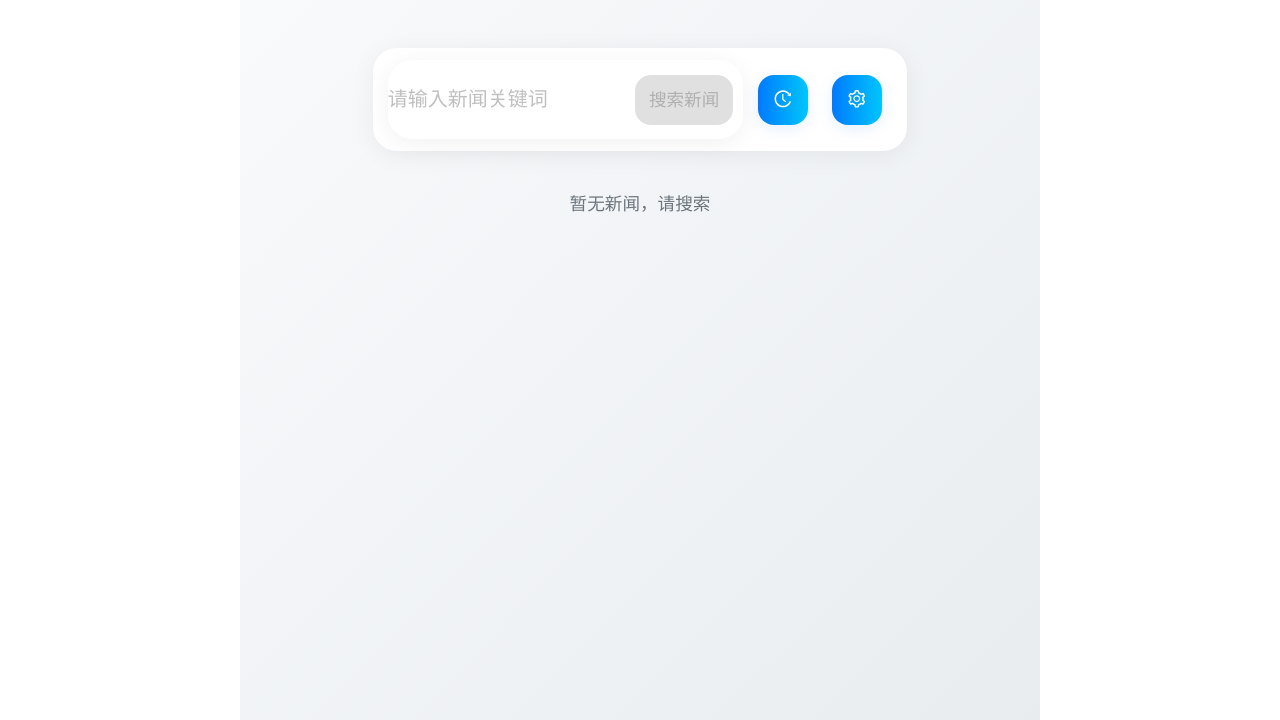
Repository: XJN7197/NewsAssistantBaseMCP
Page: / (app in frontend/)
An editor plug-in stored every save of this project. The page is shown before and after the next save, followed by the edit.
The browser window is 1280 px wide. The pictures show the whole page.
The project was rebuilt for these pictures with package versions that can differ from the ones it lists, and the page was loaded fresh each time. Also part of the build but not shown: frontend/vite.config.ts, frontend/src/components/NewsCard.tsx.

Above is the page before, as saved 2025-05-25 19:57:32.

### frontend/src/App.tsx
import { useState } from 'react'
import Home from './pages/Home'
import './App.css'

function App() {

  return (
    <>
      <Home/>
    </>
  )
}

export default App

### frontend/src/pages/Home.module.css
.home-container {
  height: 100vh;
  width: 800px;
  background: linear-gradient(135deg, #f8fafc 0%, #e9ecef 100%);
  display: flex;
  flex-direction: column;
  align-items: center;
  padding: 48px 0 48px 0; /* 调整了上下padding，左右padding设为0，因为内容区会通过max-width控制 */
  font-family: -apple-system, BlinkMacSystemFont, "Segoe UI", Roboto, "Helvetica Neue", Arial, "PingFang SC", "Hiragino Sans GB", "Microsoft YaHei", sans-serif;
}

.search-bar {
  display: flex;
  justify-content: space-evenly;
  align-items: center;
  position: sticky;
  top: 0;
  z-index: 1;
  background: #fff;
  border-radius: 24px;
  box-shadow: 0 4px 24px 0 rgba(0,0,0,0.06);
  padding: 12px 0; /* 减小整体内边距 */
  width: 66.66%;
  max-width: none;
}

.search-bar input[type="text"] {
  flex: 1;
  border: none;
  outline: none;
  font-size: 1.25rem;
  background: transparent;
  color: #222;
  padding: 8px 12px; /* 调整输入框内边距 */
  margin: 0;
  box-sizing: border-box;
  border-radius: 8px; /* 添加圆角 */
  transition: background 0.2s;
}

/* 添加输入框悬停效果 */
.search-bar input[type="text"]:hover,
.search-bar input[type="text"]:focus {
  background: rgba(0, 0, 0, 0.02);
}
.search-bar button {
  height: 50px;
  background: linear-gradient(90deg, #007aff 0%, #00c6fb 100%);
  color: #fff;
  border: none;
  border-radius: 16px; /* 更大的圆角 */
  padding: 14px 36px; /* 增加了按钮padding */
  font-size: 1.1rem; /* 稍大字体 */
  font-weight: 500;
  cursor: pointer;
  transition: background 0.2s, box-shadow 0.2s;
  box-shadow: 0 4px 16px 0 rgba(0,122,255,0.10); /* 按钮阴影 */
  margin-right: 10px;
}

.search-bar button:disabled {
  background: #e0e0e0;
  color: #b0b0b0;
  cursor: not-allowed;
  box-shadow: none;
}

.news-list-container { /* Renamed from .news-list */
  width: 66.66%; /* 宽度固定为视口宽度的2/3 */
  /* height: 1500px; 高度固定为1500px */
  max-width: none; /* 移除最大宽度限制 */
  margin-bottom: 40px;
  min-height: 180px; /* 最小高度，避免内容过少时塌陷 */
  display: flex;
  flex-direction: column;
  gap: 24px; /* 新闻卡片之间的间距 */
  overflow-y: auto; /* 添加垂直滚动 */
  /* 可以在这里添加新闻卡片的样式，或者为新闻卡片组件单独创建样式文件 */
}

/* 针对 news-list 中暂无新闻的提示文本样式 */
.news-list > div {
  color: #6c757d; /* 柔和的提示文字颜色 */
  font-size: 1.1rem;
  text-align: center;
  padding: 40px 0;
}

/* Styles for .news-card, .checkbox-container, .news-content, .news-title, .news-desc, .news-link are removed as Ant Design components handle them */

/* 错误消息样式 */
.error-message {
  color: #dc3545; /* 红色错误提示 */
  font-size: 1.1rem;
  text-align: center;
  padding: 40px 0;
}


.analyze-btn {
  margin-bottom: 32px;
}

.analyze-btn button {
  background: linear-gradient(90deg, #34e89e 0%, #0f3443 100%); /* 保持了之前的渐变色 */
  color: #fff;
  border: none;
  border-radius: 16px; /* 更大的圆角 */
  padding: 16px 48px; /* 增加了按钮padding */
  font-size: 1.2rem; /* 稍大字体 */
  font-weight: 600;
  cursor: pointer;
  transition: background 0.2s, box-shadow 0.2s;
  box-shadow: 0 4px 16px 0 rgba(52,232,158,0.10); /* 按钮阴影 */
}

.analyze-btn button:disabled {
  background: #e0e0e0;
  color: #b0b0b0;
  cursor: not-allowed;
  box-shadow: none;
}

/* Styles for .report-modal and its children are removed as Ant Design Modal component handles them */

### frontend/src/mock/newsData.ts
export const mockNewsData = {
    news_list: [
      {
        title: "Qwen引领AI前端技术革新：深度解析一句话开发网页的突破_模型_行业_创新",
        desc: "在人工智能快速发展的2025年，来自量子位的最新报道显示，AI技术正迎来前所未有的革新，尤其是在前端开发领域。由Qwen推出的“AI前端工程师”WebDev工具，以...",
        url: "https://news.sohu.com/a/893821748_121924584"
      },
      {
        title: "谷歌推Gemini2.5Pro模型，AI 助力前端开发与复杂编程",
        desc: "谷歌推Gemini2.5Pro模型#，AI 助力前端开发与复杂编程】5 月7 日消息，科技媒体The Decoder 昨日（5 月6 日）发布博文，报道称谷歌为预热今年的I/O...",
        url: "https://news.sina.com.cn/external/car/2025-05-07/doc-inevtine1324735.shtml"
      },
      {
        title: "前端程序员请注意！首个截图就能生成现代前端代码的AI来了 | 已开源",
        desc: "现在截图生成代码，已经来到了一个新高度——. ⾸个⾯向现代前端代码⽣成的多模态⼤模型解决⽅案，来了！ 而且是开源的那种。 前端程序员请注意！首个截图就能...",
        url: "https://www.qbitai.com/2025/02/258521.html"
      },
      {
        title: "AI包办79%代码，程序员饭碗不保，前端开发要凉，人类只配改Bug？",
        desc: "编码助手更偏向自动化。有79%的Claude Code对话可以被归为「自动化」，即AI直接完成任务，而不是与人类协作「增强」。相比之下，Claude.ai的对话中只有49%是...",
        url: "https://m.36kr.com/p/3271134281245063"
      },
      {
        title: "武汉烽火申请前后端协同开发方法专利，大大降低前后端耦合度",
        desc: "本文源自:金融界. 金融界2025年5月15日消息，国家知识产权局信息显示，武汉烽火信息集成技术有限公司申请一项名为“前后端协同开发方法、装置、设备及可...",
        url: "https://cj.sina.cn/articles/view/1704103183/65928d0f02007wlqg?froms=ggmp"
      }
    ]
  };

### frontend/src/mock/reportData.ts
// 模拟舆情分析报告数据
export const mockReportData = {
  report: `
  **分析时间：** 2025-05-22 20:48:32

  ---

  ## 📥 原始新闻内容

  ### 新闻1
  - **标题**: Qwen引领AI前端技术革新：深度解析一句话开发网页的突破_模型_行业_创新
  - **描述**: 在人工智能快速发展的2025年，来自量子位的最新报道显示，AI技术正迎来前所未有的革新，尤其是在前端开发领域。由Qwen推出的“AI前端工程师”WebDev工具，以...
  - **链接**: https://news.sohu.com/a/893821748_121924584

  ### 新闻2
  - **标题**: 谷歌推Gemini2.5Pro模型，AI 助力前端开发与复杂编程
  - **描述**: 谷歌推Gemini2.5Pro模型#，AI 助力前端开发与复杂编程】5 月7 日消息，科技媒体The Decoder 昨日（5 月6 日）发布博文，报道称谷歌为预热今年的I/O...
  - **链接**: https://news.sina.com.cn/external/car/2025-05-07/doc-inevtine1324735.shtml

  ### 新闻3
  - **标题**: 前端程序员请注意！首个截图就能生成现代前端代码的AI来了 | 已开源
  - **描述**: 现在截图生成代码，已经来到了一个新高度——. ⾸个⾯向现代前端代码⽣成的多模态⼤模型解决⽅案，来了！ 而且是开源的那种。 前端程序员请注意！首个截图就能...
  - **链接**: https://www.qbitai.com/2025/02/258521.html

  ### 新闻4
  - **标题**: AI包办79%代码，程序员饭碗不保，前端开发要凉，人类只配改Bug？
  - **描述**: 编码助手更偏向自动化。有79%的Claude Code对话可以被归为「自动化」，即AI直接完成任务，而不是与人类协作「增强」。相比之下，Claude.ai的对话中只有49%是...
  - **链接**: https://m.36kr.com/p/3271134281245063

  ### 新闻5
  - **标题**: 武汉烽火申请前后端协同开发方法专利，大大降低前后端耦合度
  - **描述**: 本文源自:金融界. 金融界2025年5月15日消息，国家知识产权局信息显示，武汉烽火信息集成技术有限公司申请一项名为“前后端协同开发方法、装置、设备及可...
  - **链接**: https://cj.sina.cn/articles/view/1704103183/65928d0f02007wlqg?froms=ggmp

  ---

  ## 📊 分析结果

  ### 舆情分析报告
  **日期**：2025年5月
  **分析范围**：五篇关于AI与前端开发的新闻

  ---

  #### **一、情绪倾向分析**
  | 新闻编号 | 情绪倾向 | 原因说明 |
  |----------|----------|----------|
  | **新闻1** | **正面** | 强调Qwen的“革新”“突破”等词汇，突出AI技术对前端开发的赋能，传递积极创新信号。 |
  | **新闻2** | **正面** | 谷歌推出新模型推动“AI助力前端开发”，体现技术迭代的行业趋势，语气温和但积极。 |
  | **新闻3** | **正面** | 聚焦“首个截图生成代码”“开源”等关键词，展示AI工具的实用性和开放性，引发开发者关注。 |
  | **新闻4** | **负面** | 标题直接使用“饭碗不保”“要凉”等强烈词汇，讨论AI对程序员职业的冲击，情绪偏担忧。 |
  | **新闻5** | **正面** | 武汉烽火的专利申请聚焦“降低耦合度”技术优化，体现行业对效率提升的关注，属中性积极技术报道。 |

  ---

  #### **二、舆情总结**
  1. **技术革新主导正面情绪**
     - 多篇新闻聚焦AI在前端开发中的创新应用（如Qwen、Gemini2.5Pro、开源工具），强调效率提升、自动化开发等优势，反映行业对AI技术的期待与认可。
     - 专利申请（新闻5）进一步表明企业对技术优化的重视，传递积极发展趋势。

  2. **负面情绪集中于就业风险**
     - 新闻4通过“79%代码由AI包办”“程序员饭碗不保”等表述，引发对AI替代人力的焦虑，负面情绪显著，但未否认技术价值。

  3. **行业矛盾与机遇并存**
     - 正面报道多关注技术突破，负面内容则反映人类与AI协作模式的争议，整体呈现“技术进步”与“职业担忧”的双重叙事。

  ---

  #### **三、建议**
  - **技术开发者**：关注AI工具的开源与迭代（如新闻3），同时提升复合技能以适应自动化趋势。
  - **企业与政策制定者**：平衡技术应用与就业保障，推动人机协作模式的探索。
  - **媒体传播**：客观呈现AI对行业的赋能与挑战，避免过度渲染负面情绪。

  **结论**：当前舆情以技术革新为核心积极主题，但需警惕AI对职业结构的潜在冲击，行业需在创新与人文关怀间寻求平衡。
`
}

### frontend/src/components/NewsSearch.tsx
import React from 'react';
import { Button as AntButton, Input } from 'antd';
import styles from '../pages/Home.module.css'; // 引入 Home.module.css 中的样式

interface NewsSearchProps {
  keyword: string;
  setKeyword: (keyword: string) => void;
  handleSearch: () => void;
  loading: boolean;
}

const NewsSearch: React.FC<NewsSearchProps> = ({
  keyword,
  setKeyword,
  handleSearch,
  loading,
}) => {
  return (
    <div className={styles['search-bar']}> {/* 使用 Home.module.css 中的样式 */}
      <Input
        placeholder="请输入新闻关键词"
        value={keyword}
        onChange={e => setKeyword(e.target.value)}
        onPressEnter={handleSearch} // 支持回车搜索
        style={{ flex: 1, fontSize: '1.25rem', padding: '12px 0' }} // 保持原有部分样式
      />
      <AntButton
        type="primary"
        onClick={handleSearch}
        loading={loading}
        disabled={!keyword}
        style={{ borderRadius: '16px', padding: '14px', fontSize: '1.1rem', fontWeight: 500 }} // 保持原有部分样式，并添加右边距
      >
        搜索新闻
      </AntButton>
    </div>
  );
};

export default NewsSearch;

### frontend/src/components/NewsList.tsx
import React from 'react';
import { List, Spin, Typography } from 'antd';
import NewsCard from './NewsCard';
import styles from '../pages/Home.module.css'; // 引入 Home.module.css 中的样式

const { Text } = Typography;

interface NewsListProps {
  newsList: any[]; // 根据实际新闻数据结构定义更精确的类型
  selectedNews: Set<number>;
  onItemChange: (id: number, checked: boolean) => void;
  loading: boolean;
}

const NewsList: React.FC<NewsListProps> = ({
  newsList,
  selectedNews,
  onItemChange,
  loading,
}) => {
  return (
    <div className={styles['news-list-container']}> {/* 使用 Home.module.css 中的样式 */}
      {loading && newsList.length === 0 && (
        <div style={{ textAlign: 'center', padding: '40px 0' }}>
          <Spin size="large" />
        </div>
      )}
      {!loading && newsList.length === 0 && (
        <div style={{ textAlign: 'center', color: '#6c757d', fontSize: '1.1rem', padding: '40px 0' }}>
          暂无新闻，请搜索
        </div>
      )}
      {newsList.length > 0 && newsList[0].error && (
        <div className={styles['error-message']}>{newsList[0].error}</div>
      )}
      {newsList.length > 0 && !newsList[0].error && (
        <List
          itemLayout="horizontal"
          dataSource={newsList}
          renderItem={item => (
            <NewsCard
              key={item.id}
              item={item}
              selectedNews={selectedNews}
              onItemChange={onItemChange}
            />
          )}
        />
      )}
    </div>
  );
};

export default NewsList;

### frontend/src/components/ReportModal.tsx
import React from 'react';
import { Modal, Button as AntButton, Spin, Typography } from 'antd';
import ReactMarkdown from 'react-markdown';
import remarkGfm from 'remark-gfm';

const { Title, Text } = Typography;

interface ReportModalProps {
  showReport: boolean;
  setShowReport: (show: boolean) => void;
  report: string | null;
  loading: boolean;
  handleDownload: () => void;
  setEmailModalVisible: (visible: boolean) => void;
}

const ReportModal: React.FC<ReportModalProps> = ({
  showReport,
  setShowReport,
  report,
  loading,
  handleDownload,
  setEmailModalVisible,
}) => {
  return (
    <Modal
      title={<Title level={3} style={{ textAlign: 'center', marginBottom: 0 }}>舆情分析报告</Title>}
      open={showReport}
      onCancel={() => setShowReport(false)}
      footer={[
        <AntButton
          key="download"
          onClick={handleDownload}
          disabled={!report}
          style={{ borderRadius: '12px', marginRight: '8px' }}
        >
          下载报告
        </AntButton>,
        <AntButton
          key="email"
          onClick={() => setEmailModalVisible(true)}
          disabled={!report}
          style={{ borderRadius: '12px', marginRight: '8px' }}
        >
          发送邮件
        </AntButton>,
        <AntButton key="close" type="primary" onClick={() => setShowReport(false)} style={{ borderRadius: '12px' }}>
          关闭
        </AntButton>
      ]}
      width="60vw"
      styles={{
        body: { maxHeight: '70vh', overflowY: 'auto', background: '#fff', padding: '24px 40px' },
        content: { zIndex: 1000 }
      }}
    >
      {loading && !report ? (
        <div style={{ textAlign: 'center', padding: '40px 0' }}>
          <Spin size="large" tip="分析报告生成中..." />
        </div>
      ) : report ? (
        <ReactMarkdown remarkPlugins={[remarkGfm]}>{report}</ReactMarkdown>
      ) : (
        <Text>报告生成中或无内容...</Text>
      )}
    </Modal>
  );
};

export default ReportModal;

### frontend/src/components/SettingsModal.tsx
import React from 'react';
import { Modal, Button as AntButton, Spin, Form, Input, Typography, message } from 'antd';

const { Title } = Typography;

interface SettingsModalProps {
  showSettings: boolean;
  setShowSettings: (show: boolean) => void;
  config: any; // 根据实际配置数据结构定义更精确的类型
  configLoading: boolean;
  fetchConfig: () => void;
  updateConfig: (values: any) => Promise<void>;
}

const SettingsModal: React.FC<SettingsModalProps> = ({
  showSettings,
  setShowSettings,
  config,
  configLoading,
  fetchConfig,
  updateConfig,
}) => {
  const [configForm] = Form.useForm();

  // 当弹窗打开时获取配置
  React.useEffect(() => {
    if (showSettings) {
      fetchConfig();
    }
  }, [showSettings, fetchConfig]);

  // 当 config 更新时设置表单值
  React.useEffect(() => {
    configForm.setFieldsValue(config);
  }, [config, configForm]);

  const handleSave = async () => {
    try {
      const values = await configForm.validateFields();
      await updateConfig(values);
    } catch (errorInfo) {
      console.error('Validate Failed:', errorInfo);
      message.error('请检查表单填写是否正确。');
    }
  };

  return (
    <Modal
      title={<Title level={3} style={{ textAlign: 'center', marginBottom: 0 }}>配置设置</Title>}
      open={showSettings}
      onCancel={() => setShowSettings(false)}
      footer={[
        <AntButton key="cancel" onClick={() => setShowSettings(false)} style={{ borderRadius: '12px' }}>
          取消
        </AntButton>,
        <AntButton key="submit" type="primary" loading={configLoading} onClick={handleSave} style={{ borderRadius: '12px' }}>
          保存
        </AntButton>,
      ]}
      width="50vw"
      styles={{ body: { maxHeight: '70vh', overflowY: 'auto', background: '#fff', padding: '24px 40px' } }}
    >
      {configLoading && Object.keys(config).length === 0 ? (
        <div style={{ textAlign: 'center', padding: '40px 0' }}>
          <Spin size="large" tip="加载配置中..." />
        </div>
      ) : (
        <Form
          form={configForm}
          layout="vertical"
          initialValues={config} // 使用状态中的配置作为初始值
        >
          {Object.keys(config).map(key => {
            let inputProps = {};

            // 根据不同字段设置不同的input type
            if (key === 'BASE_URL') {
              inputProps = { type: 'url', placeholder: '请输入有效的URL地址' };
            } else if (key === 'EMAIL_USER') {
              inputProps = { type: 'email', placeholder: '请输入有效的邮箱地址' };
            } else if (key === 'SMTP_SERVER') {
              inputProps = {
                type: 'text',
                placeholder: '请输入SMTP服务器地址',
                pattern: '^[a-zA-Z0-9][a-zA-Z0-9\-\.]+[a-zA-Z0-9]$'
              };
            }

            return (
              <Form.Item
                key={key}
                label={key}
                name={key}
                rules={[{ required: true, message: `请输入 ${key}!` }]} // 添加必填规则
              >
                <Input {...inputProps} />
              </Form.Item>
            );
          })}
        </Form>
      )}
    </Modal>
  );
};

export default SettingsModal;

### frontend/src/components/EmailModal.tsx
import React, { useState } from 'react';
import { Modal, Button as AntButton, Form, Input, message } from 'antd';

interface EmailModalProps {
  emailModalVisible: boolean;
  setEmailModalVisible: (visible: boolean) => void;
  report: string | null;
}

const EmailModal: React.FC<EmailModalProps> = ({
  emailModalVisible,
  setEmailModalVisible,
  report,
}) => {
  const [emailTo, setEmailTo] = useState('');
  const [emailSending, setEmailSending] = useState(false);
  const [form] = Form.useForm();

  // Reset form when modal opens
  React.useEffect(() => {
    if (emailModalVisible) {
      form.resetFields();
      setEmailTo(''); // Also reset local state
    }
  }, [emailModalVisible, form]);

  const handleSendEmail = async () => {
    if (!report || !emailTo) return;

    setEmailSending(true);
    try {
      const response = await fetch('http://localhost:8000/send_email', {
        method: 'POST',
        headers: {
          'Content-Type': 'application/json',
        },
        body: JSON.stringify({
          to: emailTo,
          subject: `舆情分析报告`,
          report_content: report
        }),
      });

      const data = await response.json();
      if (data.status === 'success') {
        message.success('邮件发送成功！');
        setEmailModalVisible(false);
      } else {
        message.error(`邮件发送失败: ${data.message}`);
      }
    } catch (error) {
      console.error("邮件发送失败:", error);
      message.error(`邮件发送失败: ${error}`);
    } finally {
      setEmailSending(false);
    }
  };

  return (
    <Modal
      title="发送分析报告到邮箱"
      open={emailModalVisible}
      onCancel={() => setEmailModalVisible(false)}
      footer={[
        <AntButton key="cancel" onClick={() => setEmailModalVisible(false)} style={{ borderRadius: '12px' }}>
          取消
        </AntButton>,
        <AntButton
          key="send"
          type="primary"
          loading={emailSending}
          onClick={handleSendEmail}
          disabled={!emailTo}
          style={{ borderRadius: '12px' }}
        >
          发送
        </AntButton>,
      ]}
    >
      <Form form={form} layout="vertical">
        <Form.Item
          label="收件人邮箱"
          name="email"
          rules={[
            { required: true, message: '请输入收件人邮箱!' },
            { type: 'email', message: '请输入有效的邮箱地址!' }
          ]}
        >
          <Input
            placeholder="请输入收件人邮箱"
            value={emailTo}
            onChange={e => setEmailTo(e.target.value)}
          />
        </Form.Item>
      </Form>
    </Modal>
  );
};

export default EmailModal;

Loaded but not shown: frontend/index.html (common file); frontend/src/main.tsx (common file); frontend/src/index.css (common file); frontend/src/App.css (common file); frontend/src/pages/Home.tsx (476 lines, source omitted)

After the next save:
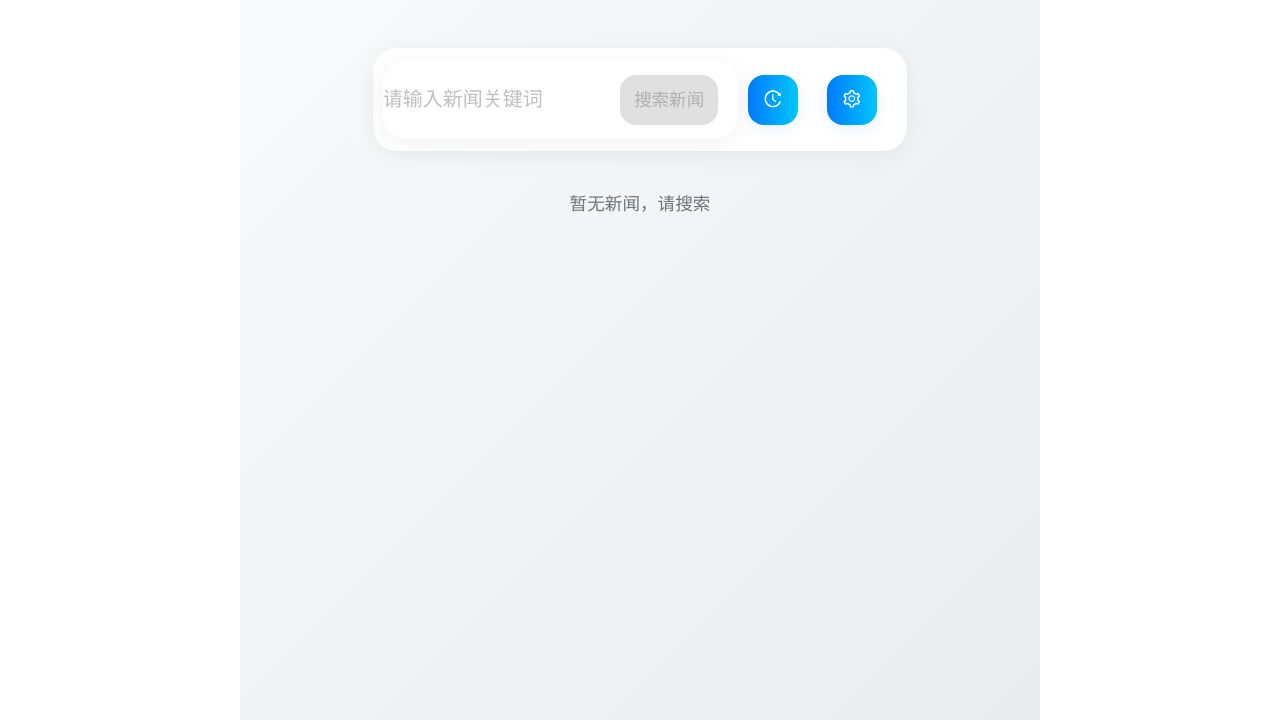
Saved 11 s later.
--- a/frontend/src/pages/Home.module.css
+++ b/frontend/src/pages/Home.module.css
@@ -55,7 +55,7 @@
   cursor: pointer;
   transition: background 0.2s, box-shadow 0.2s;
   box-shadow: 0 4px 16px 0 rgba(0,122,255,0.10); /* 按钮阴影 */
-  margin-right: 10px;
+  margin-right: 20px;
 }
 
 .search-bar button:disabled {
